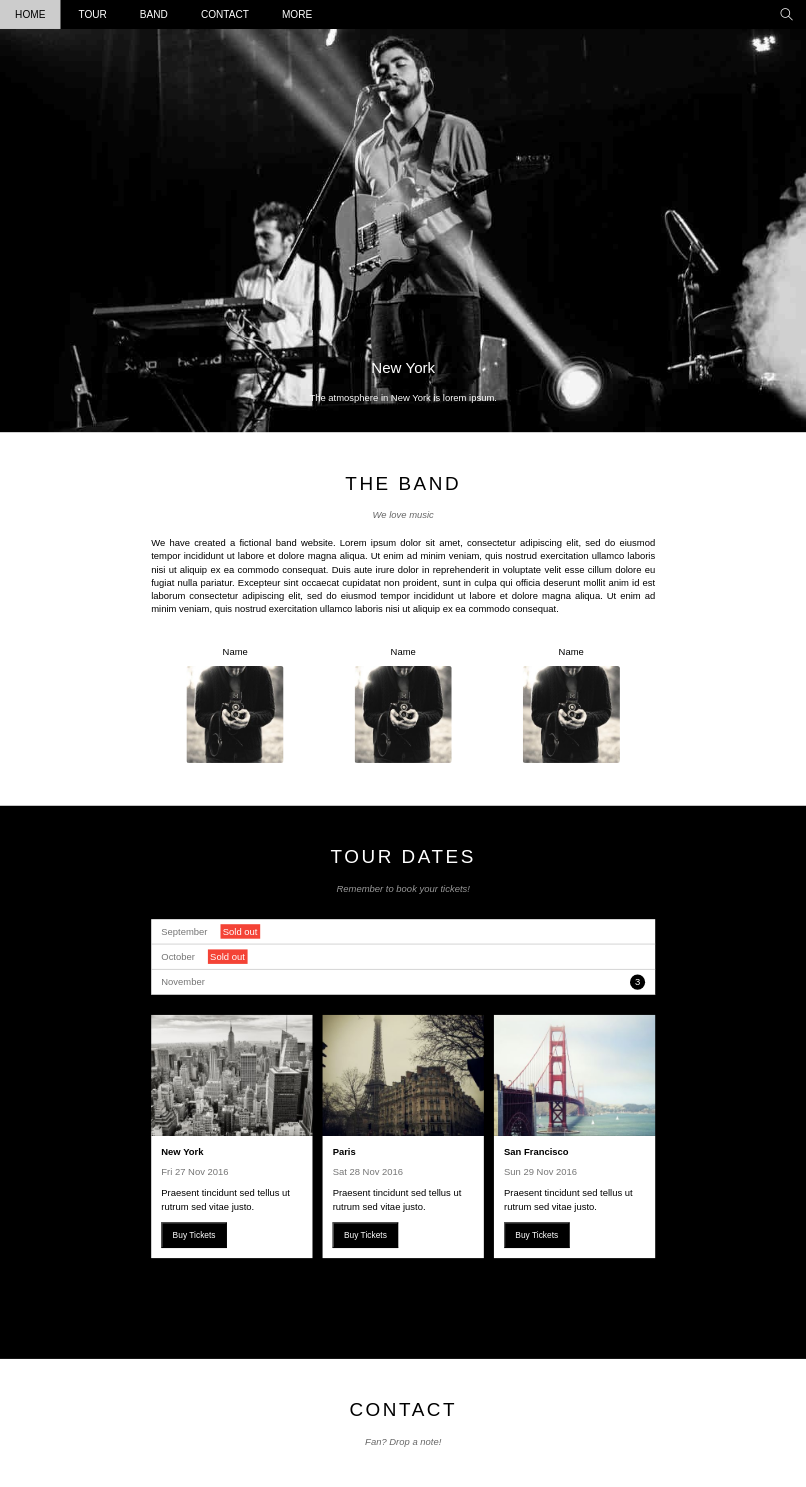
Repository: duyhung0311/band_music
Page: index.html
An editor plug-in stored every save of this project. The page is shown before and after the next save, followed by the edit.
The browser window is 1280 px wide. The pictures show the whole page, at 63% of full size.

Above is the page before, as saved 2021-08-15 11:49:35.

After the next save:
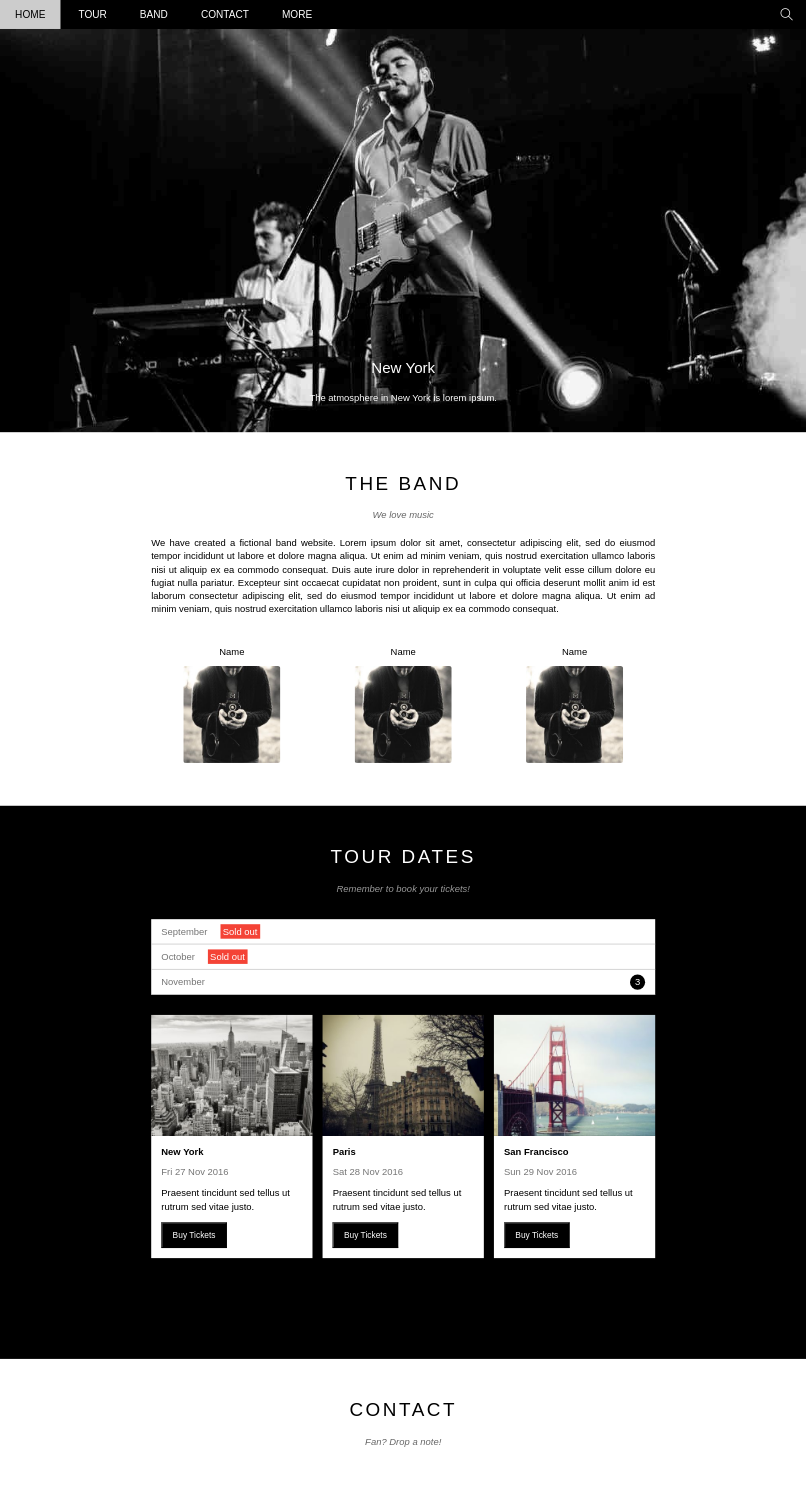
Saved 30 s later.
--- a/index.html
+++ b/index.html
@@ -70,7 +70,7 @@
             ea commodo consequat.
           </p>
 
-          <div class="members-list">
+          <div class="row members-list">
             <div class="member-item">
               <p class="member-name">Name</p>
               <img
